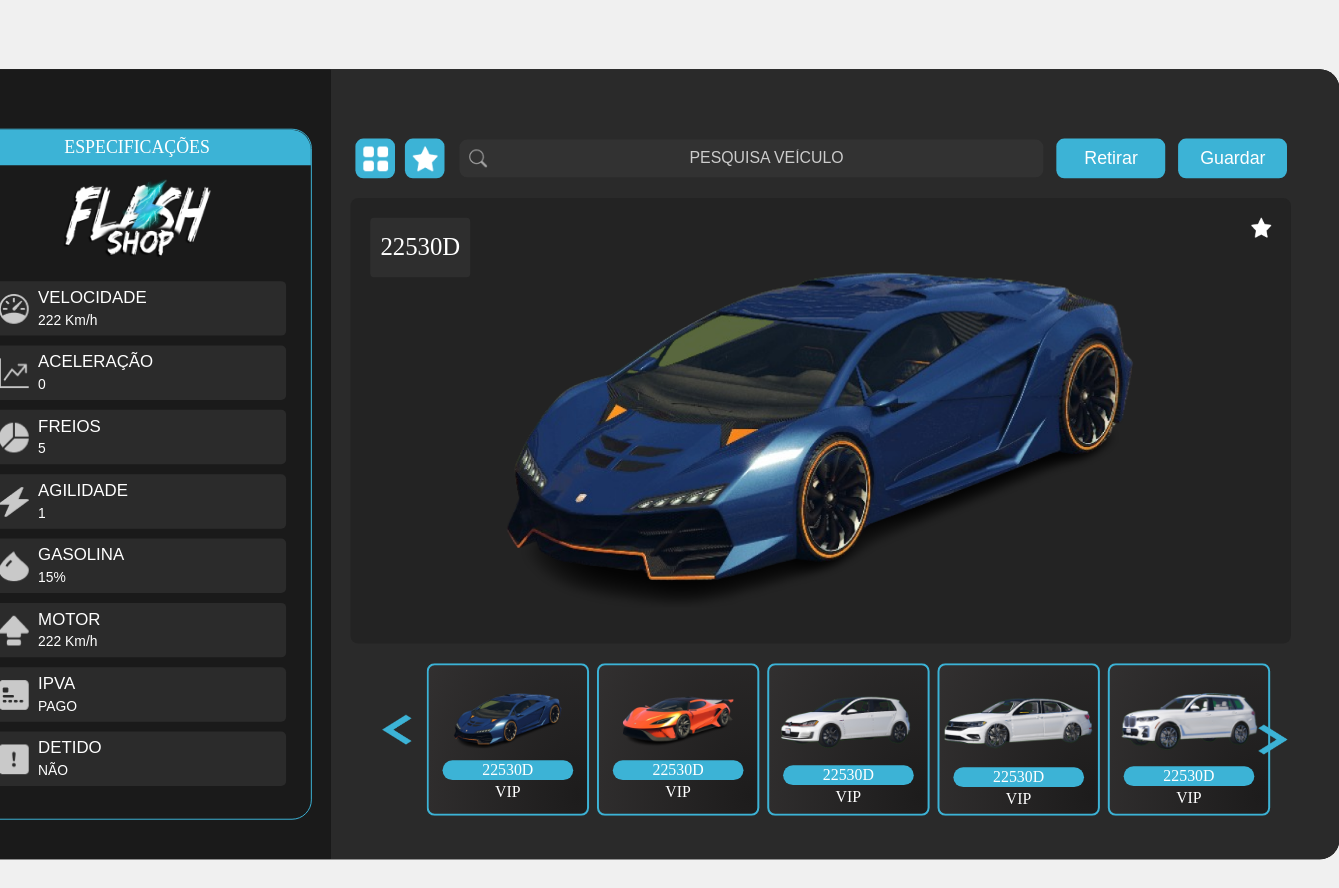
Repository: DuMCorrea/Garagem
Page: index.html
An editor plug-in stored every save of this project. The page is shown before and after the next save, followed by the edit.
The browser window is 1280 px wide. The page is 1353 px wide, so the pictures cover 1353 px, including what lies to the right of the window. The pictures show the whole page, at 99% of full size.
Some web fonts or font styles are not loaded; a fallback is used.

Above is the page before, as saved 2024-08-22 19:57:25.

### index.html
<!DOCTYPE html>
<html lang="pt-BR">
<head>
    <meta charset="UTF-8">
    <meta name="viewport" content="width=device-width, initial-scale=1.0">
    <link href="https://fonts.googleapis.com/css2?family=Baloo+Bhai&display=swap" rel="stylesheet">
    <title>Div Principal</title>
    <link rel="stylesheet" href="styles.css">
</head>
<body>
    <div class="div-principal">
        <div class="div-esquerda">
            <div class="retangulo-informacoes-3 duplicadoo">
                <img src="assets/FlashStore 2.png" alt="Imagem Mecânico" class="imagem-mecanico">
                <div class="titulo-retangulo">ESPECIFICAÇÕES</div>
                <div class="saldo-conteudo">
                    <div class="saldo-item">
                        <img src="assets/Velo.png" alt="Imagem de Carteira" class="saldo-imagem">
                        <div class="saldo-texto">
                            <p class="saldo-titulo">VELOCIDADE</p>
                            <p class="saldo-valor">222 Km/h</p>
                        </div>
                    </div>
                    <div class="saldo-item">
                        <img src="assets/Ace.png" alt="Imagem de Carteira" class="saldo-imagem">
                        <div class="saldo-texto">
                            <p class="saldo-titulo">ACELERAÇÃO</p>
                            <p class="saldo-valor">0</p>
                        </div>
                    </div>
                    <div class="saldo-item">
                        <img src="assets/Freios.png" alt="Imagem de Carteira" class="saldo-imagem">
                        <div class="saldo-texto">
                            <p class="saldo-titulo">FREIOS</p>
                            <p class="saldo-valor">5</p>
                        </div>
                    </div>
                    <div class="saldo-item">
                        <img src="assets/Agi.png" alt="Imagem de Carteira" class="saldo-imagem">
                        <div class="saldo-texto">
                            <p class="saldo-titulo">AGILIDADE</p>
                            <p class="saldo-valor">1</p>
                        </div>
                    </div>
                    <div class="saldo-item">
                        <img src="assets/Gaso.png" alt="Imagem de Carteira" class="saldo-imagem">
                        <div class="saldo-texto">
                            <p class="saldo-titulo">GASOLINA</p>
                            <p class="saldo-valor">15%</p>
                        </div>
                    </div>
                    <div class="saldo-item">
                        <img src="assets/Motor.png" alt="Imagem de Carteira" class="saldo-imagem">
                        <div class="saldo-texto">
                            <p class="saldo-titulo">MOTOR</p>
                            <p class="saldo-valor">222 Km/h</p>
                        </div>
                    </div>
                    <div class="saldo-item">
                        <img src="assets/Ipva.png" alt="Imagem de Carteira" class="saldo-imagem">
                        <div class="saldo-texto">
                            <p class="saldo-titulo">IPVA</p>
                            <p class="saldo-valor">PAGO</p>
                        </div>
                    </div>
                    <div class="saldo-item">
                        <img src="assets/Detido.png" alt="Imagem de Carteira" class="saldo-imagem">
                        <div class="saldo-texto">
                            <p class="saldo-titulo">DETIDO</p>
                            <p class="saldo-valor">NÃO</p>
                        </div>
                    </div>

                </div>
            </div>
        </div>


        <div class="div-direita">
            <div class="retangulo-fundo">
                <!-- Adicionando os quadrados e o input de pesquisa ao fundo -->
                <div class="container-quadrados">
                    <button class="botao-quadrado-azul">
                        <img src="assets/4Quadrados.png" alt="Ícone 1" class="pequena-imagem">
                    </button>
                    <button class="botao-quadrado-azul">
                        <img src="assets/estrela.png" alt="Ícone 2" class="pequena-imagem">
                    </button>
                    <div class="input-container">
                        <input type="text" class="input-pesquisa" placeholder="PESQUISA VEÍCULO">
                        <button class="botao-icone-pesquisa">
                            <img src="assets/lupa (2).png" alt="Ícone Pesquisa" class="icone-pesquisa">
                        </button>
                        <!-- Novos retângulos ao lado do input -->
                        <button class="botao-retangulo-azul">Retirar</button>
                        <button class="botao-retangulo-azul">Guardar</button>
                    </div>
                </div>

                <div class="codigo-overlay">22530D</div>
                <img src="assets/CarroMaior.png" alt="Imagem Central" class="imagem-central">
                <img src="assets/Estrela.png" alt="Ícone Superior Direito" class="imagem-direita">
            </div>

            <!-- Nova seção para os cards com fundo retangular azul claro -->
            <div class="fundo-cards">
                <img src="assets/menorMaior.png" alt="Seta Esquerda" class="seta-esquerda">
                <div class="cards-container">
                    <div class="card">
                        <img src="assets/carro1.png" alt="Card 1" class="card-image">
                        <div class="card-content">
                            <div class="card-code">22530D</div>
                            <div class="card-vip">VIP</div>
                        </div>
                    </div>
                    <div class="card">
                        <img src="assets/carro2.png" alt="Card 2" class="card-image">
                        <div class="card-content">
                            <div class="card-code">22530D</div>
                            <div class="card-vip">VIP</div>
                        </div>
                    </div>
                    <div class="card">
                        <img src="assets/carro3.png" alt="Card 3" class="card-image2">
                        <div class="card-content">
                            <div class="card-code">22530D</div>
                            <div class="card-vip">VIP</div>
                        </div>
                    </div>
                    <div class="card">
                        <img src="assets/carro4.png" alt="Card 4" class="card-image3">
                        <div class="card-content">
                            <div class="card-code">22530D</div>
                            <div class="card-vip">VIP</div>
                        </div>
                    </div>
                    <div class="card">
                        <img src="assets/carro5.png" alt="Card 5" class="card-image4">
                        <div class="card-content">
                            <div class="card-code">22530D</div>
                            <div class="card-vip">VIP</div>
                        </div>
                    </div>
                    <img src="assets/maiorMenor.png" alt="Seta Direita" class="seta-direita">
                </div>
            </div>
        </div>







    </div>
</body>
</html>

### styles.css
body {
    display: flex;
    flex-direction: column;
    align-items: center;
    margin: 0;
    background-color: #f0f0f0;
    font-family: 'Baloo Bhai';
    overflow-y: auto;
    margin-top: 70px;
}

.div-principal {
    position: relative;
    display: flex;
    width: 1425px;
    height: 798px;
    border-radius: 20px;
    background-color: #010101;
    margin-bottom: 20px;
}

.div-esquerda {
    width: 27%; /* Ocupa 30% da largura da div-principal */
    background-color: #1A1A1A; /* Cor de fundo diferente para destaque */
    border-radius: 20px 0px 0px 20px; /* Canto arredondado na esquerda */
    padding: 20px;
}

.div-direita {
    width: 72%; /* Ocupa 70% da largura da div-principal */
    background-color: #2A2A2A; /* Cor de fundo diferente para destaque */
    border-radius: 0px 20px 20px 0px; /* Canto arredondado na direita */
    padding: 20px;
}

.retangulo-informacoes-3 {
    width: 320px;
    height: 232px;
    position: absolute;
    top: 580px;
    left: 462px;
    border-radius: 20px;
    border: 1px solid #3CB3D6;
    background-color: rgba(0, 0, 0, 0); /* Ajuste da opacidade de fundo */
    opacity: 1; /* Visibilidade ativada */
}
.duplicadoo {
    width: 350px;
    height: 696px;
    position: absolute;
    top: 60px;
    left: 35px;
    border-radius: 20px;
    border: 1px solid #3CB3D6;
    background-color: rgba(0, 0, 0, 0); /* Ajuste da opacidade de fundo */
    opacity: 1; /* Visibilidade ativada */
}

.titulo-retangulo {
    width: 100%; /* Ajusta a largura ao do retângulo */
    height: 36px;
    background: #3CB3D6; /* Cor de fundo */
    border-radius: 20px 20px 0 0; /* Arredonda apenas os cantos superiores */
    color: white; /* Cor do texto */
    font-size: 18px; /* Tamanho do texto */
    line-height: 36px; /* Centraliza verticalmente o texto */
    text-align: center; /* Centraliza horizontalmente o texto */
    position: absolute;
    top: 0; /* Alinha o título ao topo do retângulo */
    left: 0; /* Alinha o título à esquerda do retângulo */
}

.status-rectangle {
    width: 300px;
    height: 35px;
    position: absolute;
    top: 130px;
    left: 16px;
    display: flex;
    align-items: center;
    justify-content: space-between; /* Ajuste para espaçar os textos */
    padding: 0 10px; /* Adicione um pequeno padding para afastar o texto das bordas */
    border-radius: 5px;
    opacity: 1; /* Tornar o retângulo visível */
    background: #37373796;
  }
  .status-text {
    font-size: 14px;
    color: #fff;
    font-family: 'Baloo Bhai', sans-serif;
  }

  .imagem-mecanico {
    display: block;
    margin: 0 auto; /* Centraliza a imagem horizontalmente */
    width: 50%; /* Ajuste a largura da imagem conforme necessário */
    height: 25%; /* Ajuste a altura da imagem conforme necessário */
    position: absolute;
    top: 0px; /* Ajuste a posição vertical da imagem */
    left: 50%;
    transform: translateX(-50%); /* Centraliza a imagem em relação ao retângulo */
}








.saldo-imagem {
    width: 30px;
    height: 30px;
    margin-right: 10px; /* Espaçamento entre a imagem e o texto */
}
.saldo-conteudo {
    display: flex;
    flex-direction: column;
    align-items: center;
    justify-content: center;
    height: 100%;
    padding: 10px;
    gap: 10px; /* Espaçamento entre os retângulos */
    margin-top: 50px;
}

.saldo-item {
    display: flex;
    align-items: center;
    width: 280px;
    height: 35px;
    border-radius: 5px;
    background: #37373796;
    padding: 10px;
}

.saldo-texto {
    display: flex;
    flex-direction: column;
    gap: 2px; /* Espaçamento reduzido entre o título e o valor */
    font-family: 'Baloo Bhai', sans-serif;


}

.saldo-titulo {
    font-family: 'Baloo Bhai', sans-serif;
    font-size: 17px;
    font-weight: 400;
    line-height: 20px; /* Ajuste na altura da linha para deixar os textos mais próximos */
    text-align: left;
    color: white;
    margin: 0;
}
.saldo-valor {
    font-family: 'Baloo Bhai', sans-serif;
    font-size: 14px;
    font-weight: 400;
    line-height: 20px; /* Ajuste na altura da linha para deixar os textos mais próximos */
    text-align: left;
    color: white;
    margin: 0;
}



/* DIV DA DIREITA */

/* Estilo para o contêiner dos quadrados e do input de pesquisa */
.container-quadrados {
    position: absolute;
    top: -60px; /* Ajuste para posicionar os quadrados acima do fundo */
    left: 5px; /* Ajuste para mover os quadrados mais para a esquerda */
    display: flex;
    gap: 10px; /* Espaçamento entre os quadrados e o input */
}

.botao-quadrado-azul {
    width: 40px; /* Tamanho do quadrado */
    height: 40px; /* Tamanho do quadrado */
    background-color: #3CB3D6; /* Cor de fundo azul claro */
    display: flex;
    justify-content: center;
    align-items: center;
    border: none; /* Remove a borda padrão */
    border-radius: 8px; /* Bordas arredondadas */
    cursor: pointer; /* Indica que o elemento é clicável */
    padding: 0; /* Remove o padding padrão do botão */
    margin: 0; /* Remove a margem padrão do botão */
}

.pequena-imagem {
    width: 25px; /* Tamanho da imagem */
    height: 25px;
}

/* Estilo para o contêiner do input e ícone */
.input-container {
    position: relative; /* Define o contexto para o ícone */
    margin-left: 5px; /* Espaçamento entre os quadrados e o input */
}

/* Estilo para o input de pesquisa */
.input-pesquisa {
    padding: 10px 10px 10px 40px; /* Espaçamento interno, espaço adicional à esquerda para o ícone */
    width: 540px; /* Largura do input */
    background: rgba(62, 62, 62, 0.42); /* Cor de fundo com opacidade */
    border: none; /* Remove a borda padrão */
    border-radius: 8px; /* Bordas arredondadas */
    color: #fff; /* Cor do texto */
    font-size: 16px; /* Tamanho da fonte */
    text-align: center; /* Centraliza o texto do placeholder */
}

.input-pesquisa::placeholder {
    color: #ccc; /* Cor do placeholder */
}

/* Estilo para o botão da lupa */
.botao-icone-pesquisa {
    position: absolute; /* Alinha o botão com o input */
    left: 10px; /* Alinha o ícone à esquerda dentro do input */
    top: 50%; /* Alinha verticalmente o ícone no centro */
    transform: translateY(-50%); /* Corrige o alinhamento vertical */
    width: 18px; /* Tamanho do botão */
    height: 18px; /* Tamanho do botão */
    background: transparent; /* Remove o fundo do botão */
    border: none; /* Remove a borda padrão do botão */
    cursor: pointer; /* Indica que o botão é clicável */
    padding: 0; /* Remove o padding padrão do botão */
    display: flex; /* Centraliza o ícone dentro do botão */
    justify-content: center;
    align-items: center;
}
/* Estilo para o ícone dentro do botão */
.botao-icone-pesquisa img {
    width: 18px; /* Tamanho do ícone */
    height: 18px; /* Tamanho do ícone */
}

/* Outros estilos existentes */
.retangulo-fundo {
    width: 950px;
    height: 450px;
    background: rgba(29, 28, 28, 0.48); /* Cor com opacidade */
    border-radius: 8px;
    display: flex;
    justify-content: center;
    align-items: center;
    margin-top: 110px;
    position: relative; /* Define a posição relativa para o fundo */
}

.imagem-central {
    width: 650px;
    height: 378.6px;
}

.codigo-overlay {
    position: absolute;
    top: 20px; /* Ajusta a posição para o canto superior */
    left: 20px; /* Ajusta a posição para o canto esquerdo */
    padding: 5px 10px;
    background: rgba(62, 62, 62, 0.42); /* Cor com opacidade */
    border-radius: 4px;
    color: #fff;
    font-size: 25px;
    line-height: 50px;
}

.imagem-direita {
    position: absolute;
    top: 20px; /* Posição no canto superior */
    right: 20px; /* Posição no canto direito */
    width: 20px; /* Ajuste o tamanho conforme necessário */
    height: 20px; /* Ajuste o tamanho conforme necessário */
}

.botao-quadrado-azul img {
    width: 25px; /* Tamanho da imagem */
    height: 25px;
}
/* Estilo para os botões dos retângulos */
.botao-retangulo-azul {
    width: 110px; /* Largura dos retângulos */
    height: 40px; /* Altura dos retângulos */
    background-color: #3CB3D6; /* Cor de fundo azul claro */
    display: flex;
    justify-content: center;
    align-items: center;
    border: none; /* Remove a borda padrão */
    border-radius: 8px; /* Bordas arredondadas */
    color: #fff; /* Cor do texto */
    font-size: 18px; /* Tamanho da fonte */
    cursor: pointer; /* Indica que o elemento é clicável */
    margin-left: 12px; /* Espaçamento entre o input e os retângulos */
    padding: 0; /* Remove o padding padrão do botão */
}

/* Estilo para o contêiner do input e ícone, ajustando o espaço para os retângulos */
/* Ajusta o contêiner do input e ícone para incluir os botões */
.input-container {
    position: relative; /* Define o contexto para o ícone e botões */
    margin-left: 5px; /* Espaçamento entre os quadrados e o input */
    display: flex; /* Organiza os itens horizontalmente */
    align-items: center; /* Alinha verticalmente os itens */
    gap: 1px; /* Espaçamento entre os itens */
}




/* Estilo para o código do card com fundo retangular azul */
.card-code {
    font-size: 16px; /* Tamanho da fonte ajustado */
    margin-bottom: 3px; /* Espaçamento abaixo do código */
    margin-top: 7px;
    background: #3CB3D6; /* Cor de fundo azul */
    color: #fff; /* Cor do texto branca para contraste */
    padding: 1px 40px; /* Espaçamento interno */
    border-radius: 10px; /* Bordas arredondadas */
    display: inline-block; /* Garante que o fundo azul se ajuste ao texto */
}

/* Estilo para a nova seção de cards */
.cards-container {
    display: flex; /* Organiza os cards horizontalmente */
    justify-content: flex-start; /* Alinha os cards no início da linha */
    flex-wrap: nowrap; /* Não permite quebra de linha, todos os cards na mesma linha */
    gap: 8px; /* Espaçamento entre os cards */
    margin-top: 20px; /* Espaçamento acima dos cards */
    margin-left: -25px; /* Espaçamento à esquerda da div para mover os cards mais para a direita */
    overflow-x: auto; /* Permite rolagem horizontal se os cards não cabem na tela */
}

/* Estilo para cada card */
.card {
    width: 160px; /* Largura aumentada do card */
    height: 150px; /* Altura aumentada do card */
    background: radial-gradient(547.21% 823.76% at 94.51% 88.04%, #1D1C1C 0%, #837E7E 100%); /* Cor de fundo do card */
    border: 2px solid #3CB3D6; /* Borda do card */
    border-radius: 8px; /* Bordas arredondadas */
    display: flex; /* Organiza o conteúdo verticalmente */
    flex-direction: column; /* Organiza os itens na vertical */
    align-items: center; /* Alinha o conteúdo horizontalmente no centro */
    justify-content: center; /* Alinha o conteúdo verticalmente no centro */
    overflow: hidden; /* Esconde qualquer parte do conteúdo que exceda os limites do card */
}

/* Estilo para a imagem do card */
.card-image {
    width: 70%; /* Largura da imagem */
    height: 40%; /* Altura da imagem reduzida */
    object-fit: cover; /* Cobre o espaço do card mantendo a proporção da imagem */
    margin-top: 15px;
}
.card-image2 {
    width: 120%; /* Largura da imagem */
    height: 80%; /* Altura da imagem reduzida */
    object-fit: cover; /* Cobre o espaço do card mantendo a proporção da imagem */
    margin-bottom: -20px;
    margin-top: -14px;
}
.card-image3 {
    width: 110%; /* Largura da imagem */
    height: 80%; /* Altura da imagem reduzida */
    object-fit: cover; /* Cobre o espaço do card mantendo a proporção da imagem */
    margin-bottom: -18px;
    margin-top: -12px;
}
.card-image4 {
    width: 100%; /* Largura da imagem */
    height: 70%; /* Altura da imagem reduzida */
    object-fit: cover; /* Cobre o espaço do card mantendo a proporção da imagem */
    margin-top: 0px;
    margin-bottom: -17px;
}

/* Estilo para o conteúdo do card */
.card-content {
    width: 100%; /* Largura do conteúdo */
    text-align: center; /* Centraliza o texto */
    color: #fff; /* Cor do texto */
    padding: 5px 0; /* Espaçamento interno */
}

/* Estilo para o código do card */
.card-code {
    font-size: 16px; /* Tamanho da fonte ajustado */
    margin-bottom: 3px; /* Espaçamento abaixo do código */
}



/* Estilo para a seta esquerda */
.seta-esquerda {
    width: 30px; /* Ajuste o tamanho conforme necessário */
    height: 30px;
    cursor: pointer; /* Indica que a seta é clicável */
    align-self: center; /* Centraliza verticalmente a seta em relação aos cards */
    margin-right: 40px; /* Espaçamento entre a seta e o primeiro card */
}

/* Estilo para a seta direita */
.seta-direita {
    width: 30px; /* Ajuste o tamanho conforme necessário */
    height: 30px;
    cursor: pointer; /* Indica que a seta é clicável */
    align-self: center; /* Centraliza verticalmente a seta em relação aos cards */
    margin-left: -20px; /* Espaçamento entre a seta e o último card */
}
/* Estilo para a nova seção de cards */
.fundo-cards {
    display: flex; /* Organiza as setas e os cards na horizontal */
    align-items: center; /* Alinha os itens verticalmente ao centro */
    justify-content: center; /* Centraliza o conteúdo */
}

After the next save:
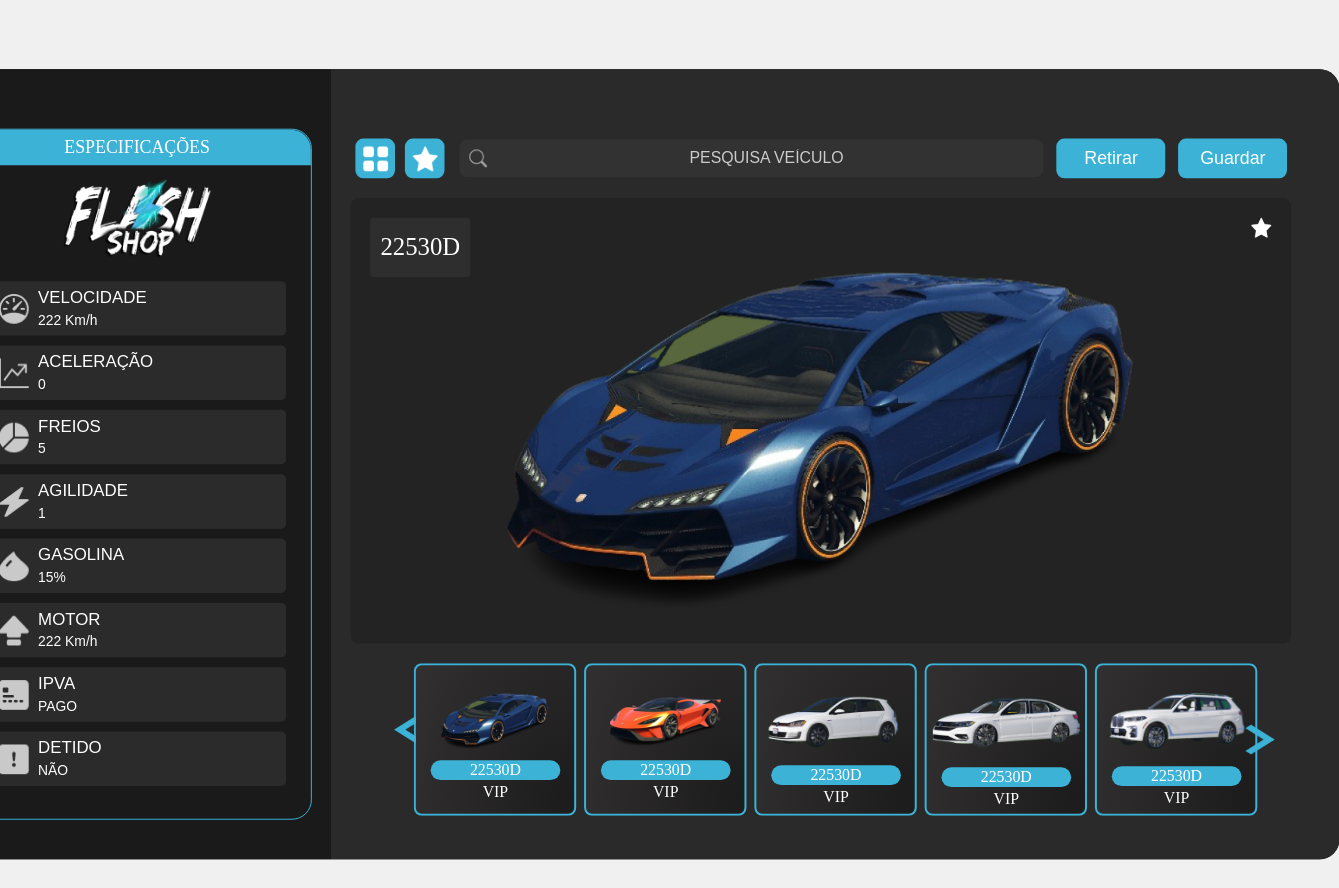
Saved 6 s later.
--- a/styles.css
+++ b/styles.css
@@ -329,7 +329,7 @@
     flex-wrap: nowrap; /* Não permite quebra de linha, todos os cards na mesma linha */
     gap: 8px; /* Espaçamento entre os cards */
     margin-top: 20px; /* Espaçamento acima dos cards */
-    margin-left: -25px; /* Espaçamento à esquerda da div para mover os cards mais para a direita */
+    margin-left: -50px; /* Espaçamento à esquerda da div para mover os cards mais para a direita */
     overflow-x: auto; /* Permite rolagem horizontal se os cards não cabem na tela */
 }
 
